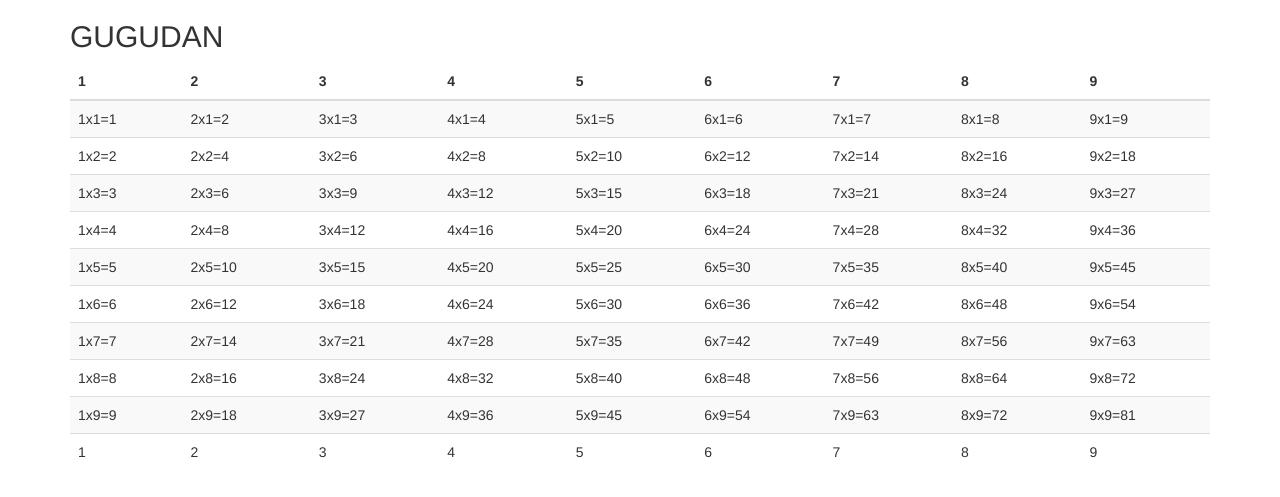
Repository: SongSooJin/JSP
Page: http://localhost/5-jsp-basic/example5/gugudan4.jsp
These files come from the project's save history. The page is drawn as it stood at one moment and after the next save; the edit follows.
The browser window is 1280 px wide. The pictures show the whole page.
The page is served by Tomcat 9. Other server files are loaded and not shown.

Above is the page before, as saved 2018-10-08 06:03:33.

### 5-jsp-basic/WebContent/example5/gugudan4.jsp
<%@ page language="java" contentType="text/html; charset=UTF-8"
	pageEncoding="UTF-8"%>
<%@ taglib prefix="c" uri="http://java.sun.com/jsp/jstl/core"%>
<!DOCTYPE html>
<html>
<head>
<meta charset="UTF-8">
<title>Insert title here</title>
<meta name="viewport" content="width=device-width, initial-scale=1">
<link rel="stylesheet"
	href="https://maxcdn.bootstrapcdn.com/bootstrap/3.3.7/css/bootstrap.min.css">
<script
	src="https://ajax.googleapis.com/ajax/libs/jquery/3.3.1/jquery.min.js"></script>
<script
	src="https://maxcdn.bootstrapcdn.com/bootstrap/3.3.7/js/bootstrap.min.js"></script>

</head>
<body>

	<div class="container">
	<h2>GUGUDAN</h2>
		<table class="table table-striped">
			<thead>
				<tr>
					<%
						/*	for (int i = 1; i <= 9; i++) {
							out.print("<th>" + i + "</th>");
						} */
					%>
					<c:forEach var="i" begin="1" end="9" step="1">
						<th>${i }</th>
					</c:forEach>
				</tr>
			</thead>

			<tbody>
				<%
					for (int i = 1; i <= 9; i++) { // 행
						out.print("<tr>");
						for (int j = 1; j <= 9; j++) { // 열
							out.print("<td>");
							out.print(j + "x" + i + "=" + (i * j));
							out.print("</td>");
						}

						out.print("</tr>");
					}
				%>
				<tr>
					<td>1</td>
					<td>2</td>
					<td>3</td>
					<td>4</td>
					<td>5</td>
					<td>6</td>
					<td>7</td>
					<td>8</td>
					<td>9</td>
				</tr>
			</tbody>
		</table>
	</div>

</body>
</html>

After the next save:
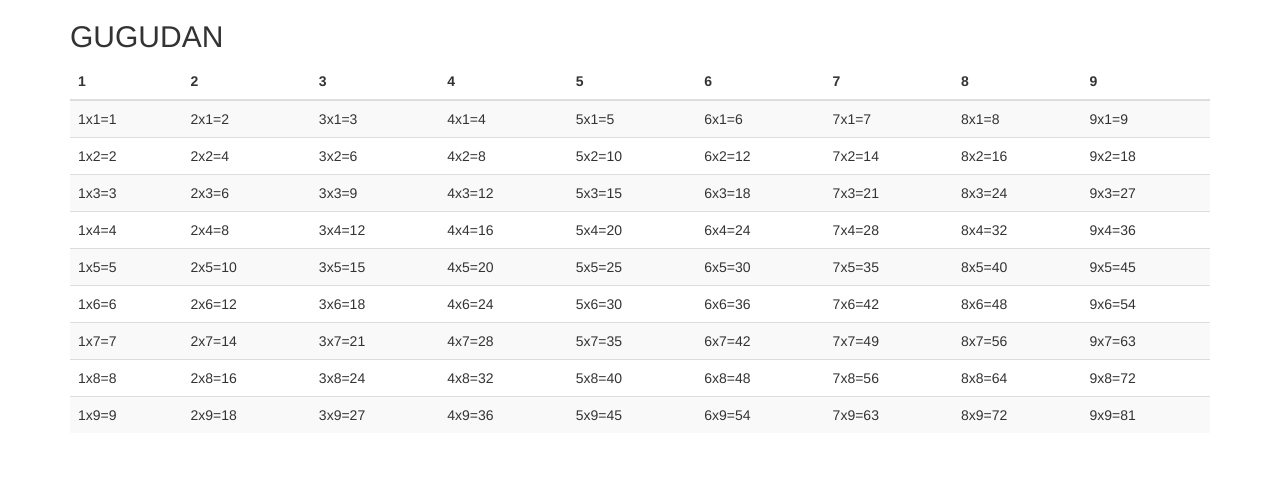
Saved 33 s later.
--- a/5-jsp-basic/WebContent/example5/gugudan4.jsp
+++ b/5-jsp-basic/WebContent/example5/gugudan4.jsp
@@ -46,17 +46,6 @@
 						out.print("</tr>");
 					}
 				%>
-				<tr>
-					<td>1</td>
-					<td>2</td>
-					<td>3</td>
-					<td>4</td>
-					<td>5</td>
-					<td>6</td>
-					<td>7</td>
-					<td>8</td>
-					<td>9</td>
-				</tr>
 			</tbody>
 		</table>
 	</div>
